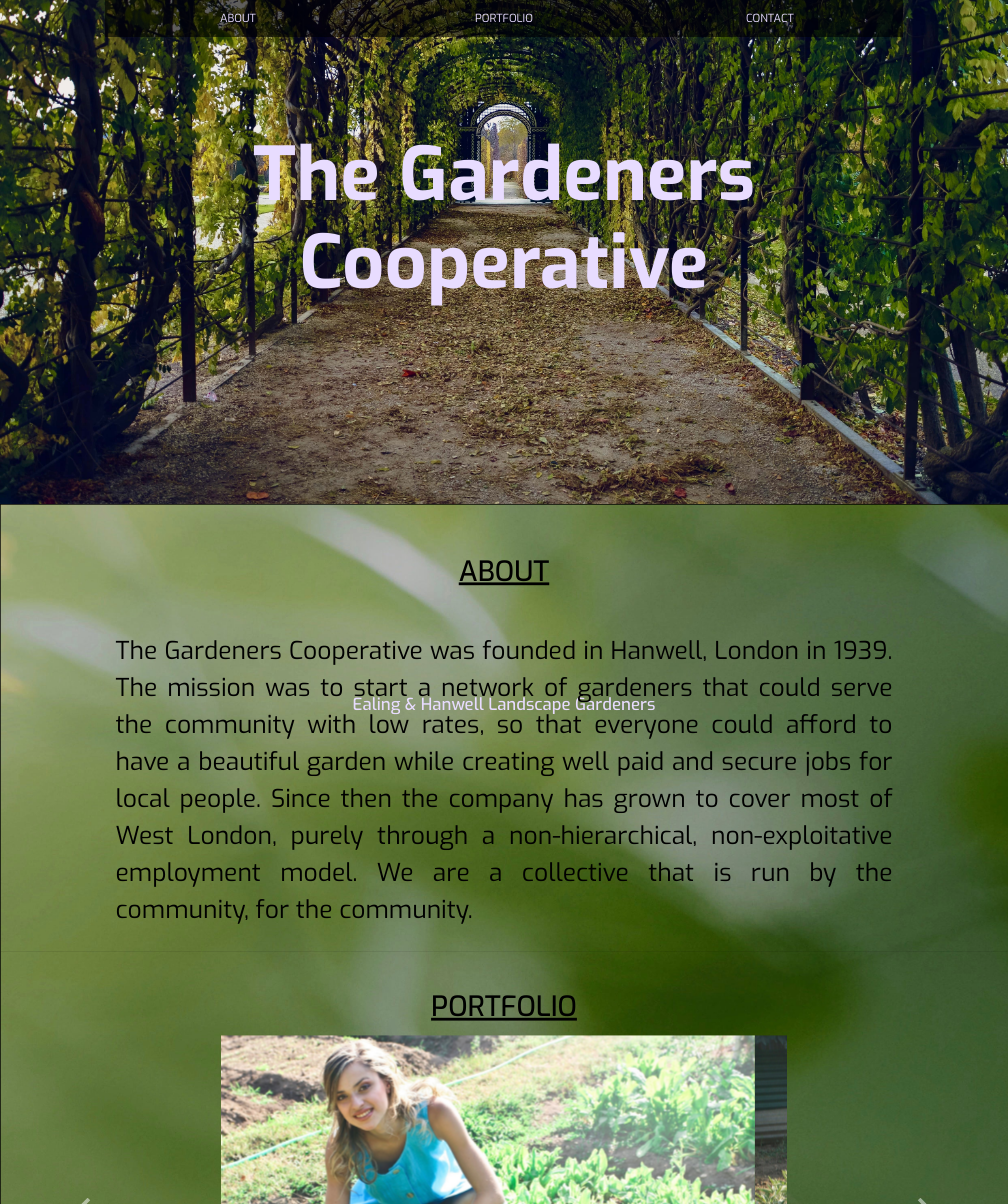
Repository: harrypars0ns/milestone-project
Page: index.html
The author's editor kept a record of every edit. The page is drawn from the files as they stood at one moment, then again after the next edit.
The browser window is 1440 px wide. The pictures show the part of the page from y = 0 to 1720 px (the page is 2702 px tall), at 70% of full size.
Backgrounds fixed to the window are drawn as part of the page.

Above is the page before.

After the next edit:
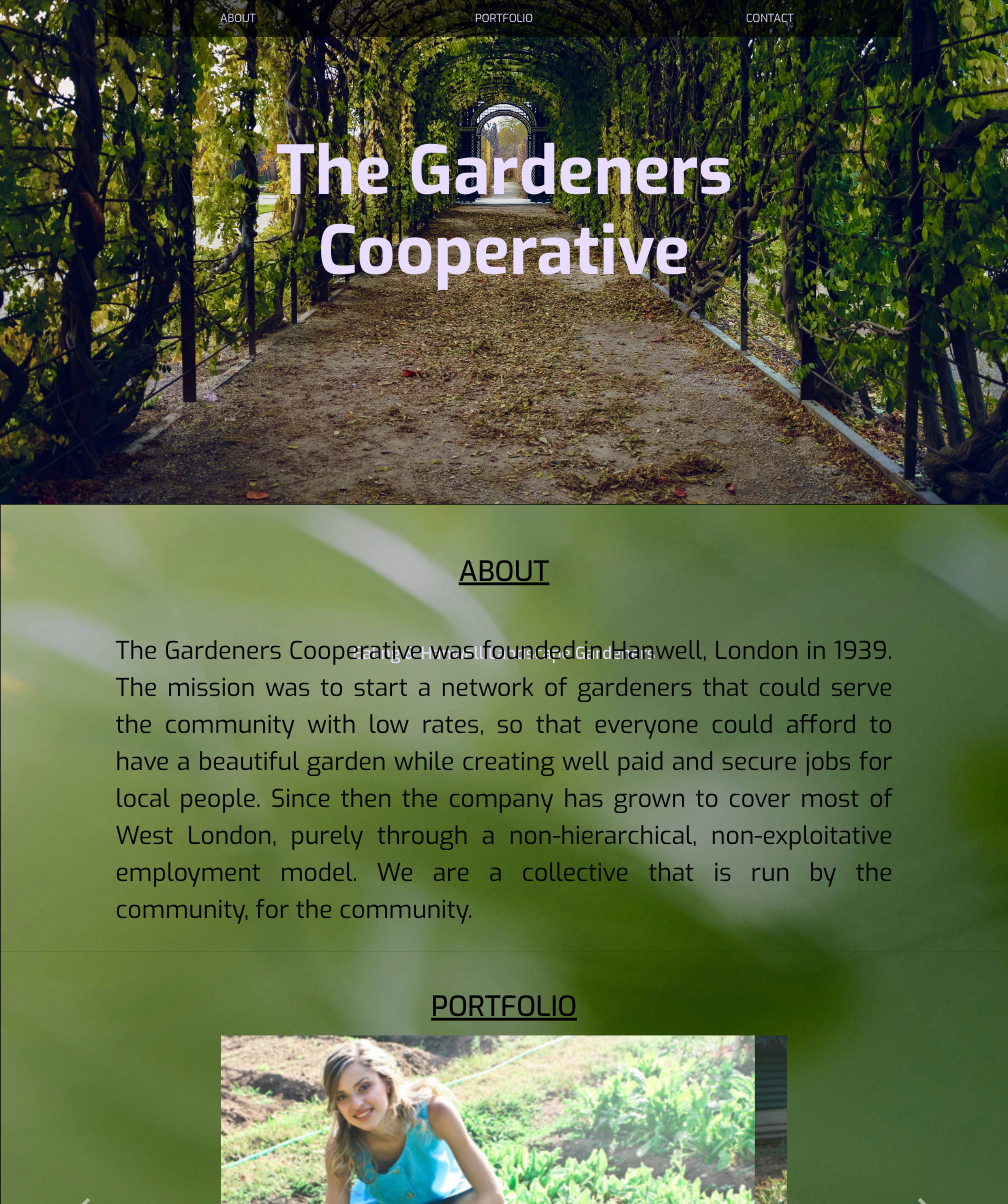
The edit:
--- a/assets/css/style.css
+++ b/assets/css/style.css
@@ -365,7 +365,7 @@
 @media (min-width: 1300px) {
 
     .shift {
-        font-size: 2.2em;
+        font-size: 2em;
     }
 
     .shift, h4 {
